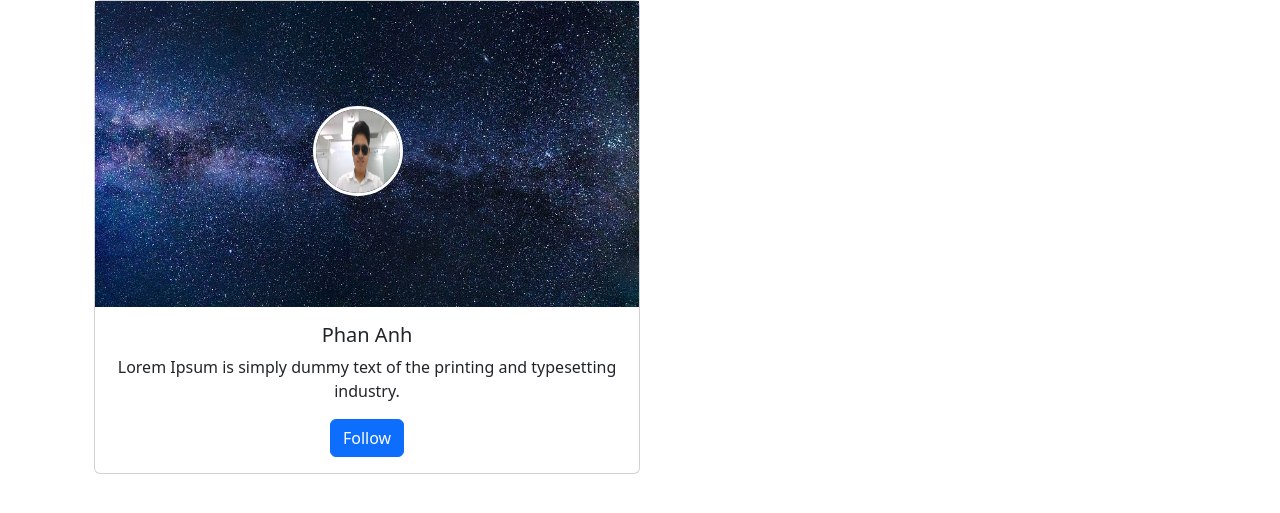
Repository: NPhanA/React2022
Page: / (app in Day 03-React/exercise/)
The author's editor kept a copy of each file at every save. The page is drawn from the files as they stood at one save, then again after the next save.
The browser window is 1280 px wide. The pictures show the whole page.
The project was rebuilt for these pictures with package versions that can differ from the ones it lists, and the page was loaded fresh each time. Also part of the build but not shown: Day 03-React/exercise/src/App.css, Day 03-React/exercise/src/App.js, Day 03-React/exercise/src/Components/UserAgent.js.

Above is the page before, as saved 2022-07-26 16:40:48.

### Day 03-React/exercise/src/index.js
import React from 'react';
import ReactDOM from 'react-dom/client';
import './index.css';
import App from './App';
import reportWebVitals from './reportWebVitals';
import 'bootstrap/dist/css/bootstrap.min.css';
import {createRoot} from 'react-dom/client';
import UserAgent from './Components/UserAgent';
import App1 from './Components/ProfileCard';
import ProfileCard from './Components/ProfileCard';
const container = document.getElementById('root');
const root = createRoot(container);
root.render(<ProfileCard />);

### Day 03-React/exercise/src/Components/ProfileCard.js
import avatar from '../Pictures/Avatar.jpg';
import space from '../Pictures/Space.jpg';

function ProfileCard() {
    return (
        <div className="container ">
            <div className="row mx-auto">
                <div className="col-xs-12 col-xxl-6 mx-auto">
        <div className="card w-50 text-center" >
        <div className="upper">
                <img src={space} className="img-fluid"></img>
              </div>
              <div className="user text-center">
                <div className="profile">
                  <img src={avatar} className="rounded-circle position-absolute" width="80" style={{
        top:"105px",
        left: "40%",
        height: "90px",
        width: "90px",
        border:"3px solid #fff",
        borderradius: "50%"}}></img>
                </div>
              </div>
        <div className="card-body">
          <h5 className="card-title">Phan Anh</h5>
          <p className="card-text">Lorem Ipsum is simply dummy text of the printing and typesetting industry.</p>
          <a href="#" className="btn btn-primary">Follow</a>
        </div>
      </div>
      </div>
      </div>
      </div>
    );
  }

  export default ProfileCard;

Loaded but not shown: Day 03-React/exercise/public/index.html (common file); Day 03-React/exercise/src/index.css (common file); Day 03-React/exercise/src/reportWebVitals.js (common file)

After the next save:
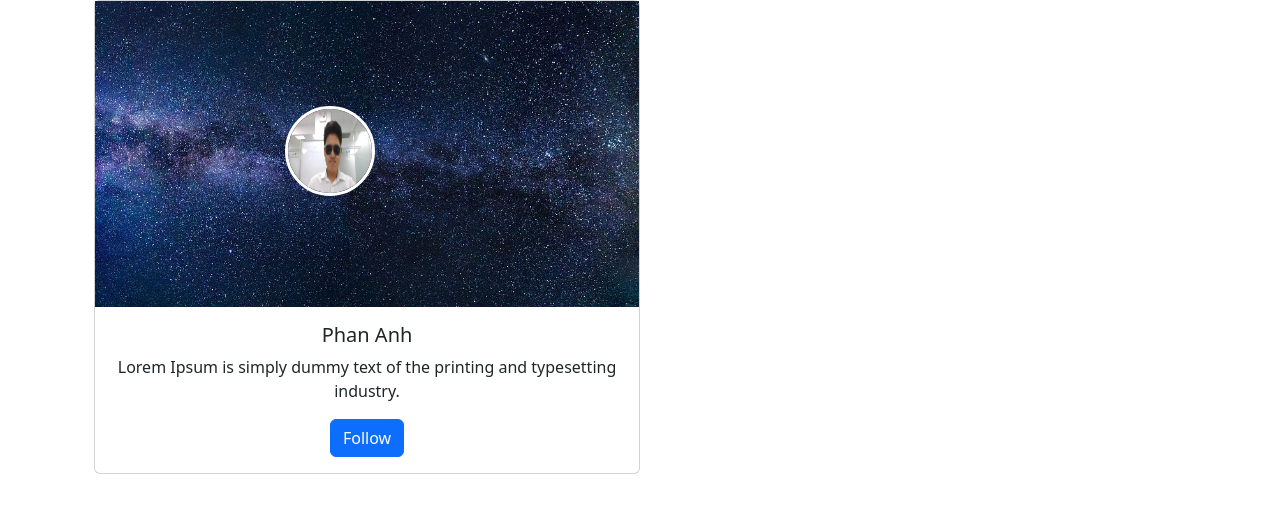
Saved 4 s later.
--- a/Day 03-React/exercise/src/Components/ProfileCard.js
+++ b/Day 03-React/exercise/src/Components/ProfileCard.js
@@ -14,7 +14,7 @@ function ProfileCard() {
                 <div className="profile">
                   <img src={avatar} className="rounded-circle position-absolute" width="80" style={{
         top:"105px",
-        left: "40%",
+        left: "35%",
         height: "90px",
         width: "90px",
         border:"3px solid #fff",
